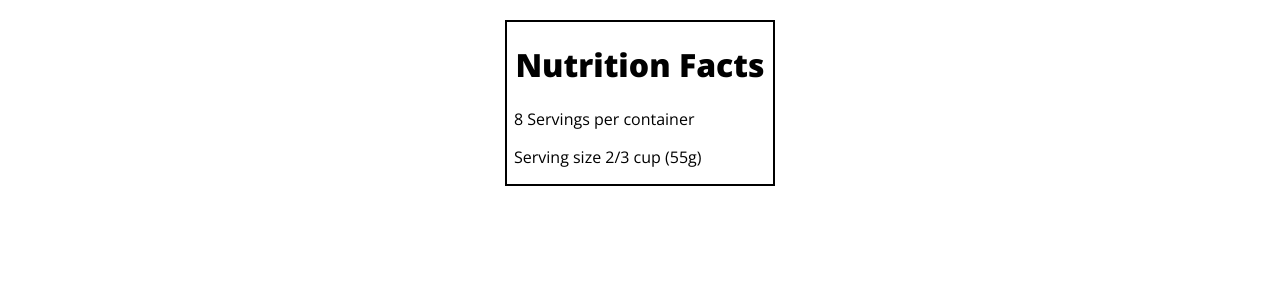
Repository: Lungdjos/typography
Page: index.html
The author's editor kept a copy of each file at every save. The page is drawn from the files as they stood at one save, then again after the next save.
The browser window is 1280 px wide. The pictures show the whole page.

Above is the page before, as saved 2023-10-28 00:59:22.

After the next save:
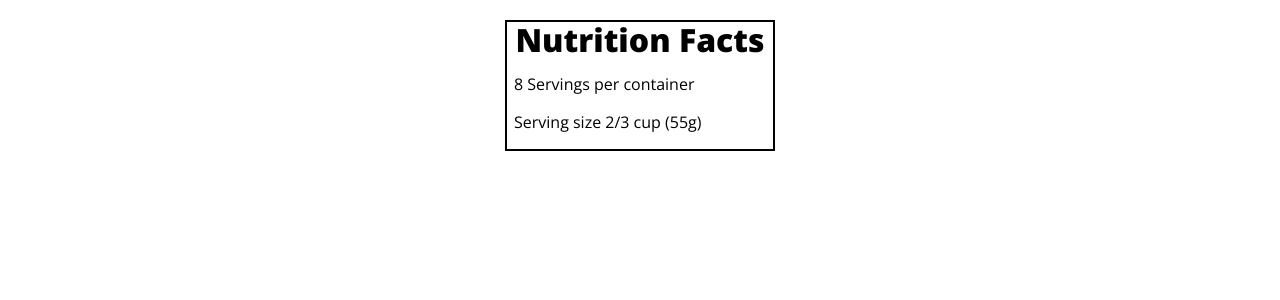
Saved 8 s later.
--- a/styles.css
+++ b/styles.css
@@ -20,5 +20,5 @@ html {
 h1 {
     font-weight: 800;
     text-align: center;
-    margin:
+    margin: -4px 0;
 }
